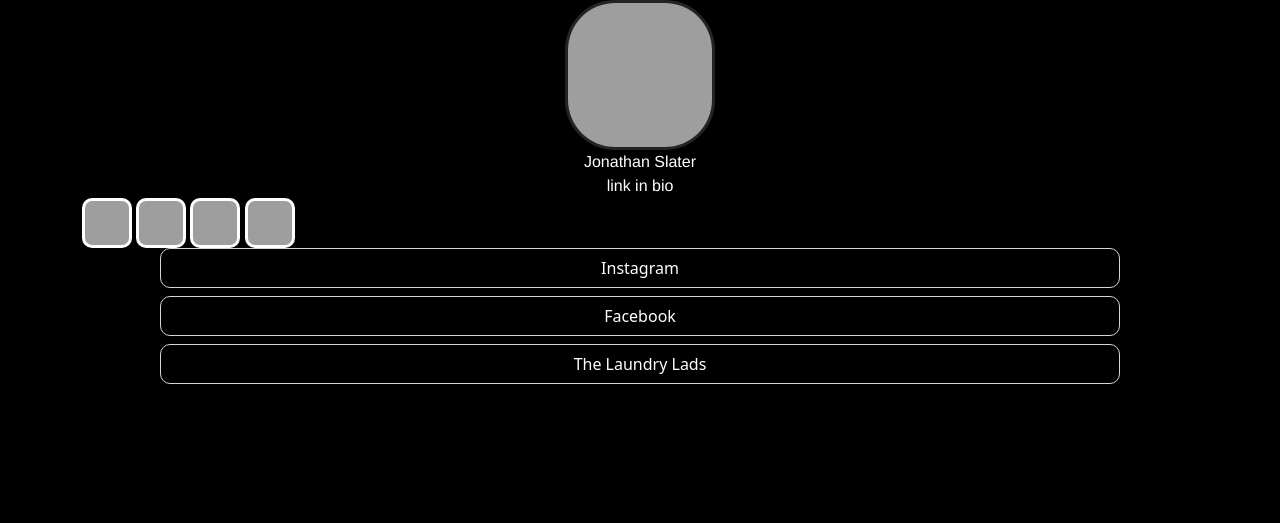
Repository: jontslater/LAB-link-in-bio
Page: index.html
An editor plug-in stored every save of this project. The page is shown before and after the next save, followed by the edit.
The browser window is 1280 px wide. The pictures show the whole page.
Pictures or frames that could not be fetched are drawn as grey boxes.

Above is the page before, as saved 2023-10-15 15:35:28.

### index.html
<!DOCTYPE html>
<html lang="en">
<head>
  <meta charset="UTF-8">
  <meta name="viewport" content="width=device-width, initial-scale=1.0">
  <title>linkinbio</title>
    <link href="https://cdn.jsdelivr.net/npm/bootstrap@5.1.3/dist/css/bootstrap.min.css" rel="stylesheet" integrity="sha384-1BmE4kWBq78iYhFldvKuhfTAU6auU8tT94WrHftjDbrCEXSU1oBoqyl2QvZ6jIW3" crossorigin="anonymous">
   <script src="main.js"></script>
  <link rel="stylesheet" href="main.css">

</head>
<body>

<div class="container">



  <img src="https://images.squarespace-cdn.com/content/v1/5b4d6d0b4cde7aa9fbec4fba/1537653096550-J9E52XLPZITJTOB32UZU/DSC03367.jpg?format=1000w"
  width="150";
  height="150";
  alt="alternatetext" class="photo">

<div class="Jon">Jonathan Slater</div>
<div class="Jon">link in bio</div>

<div></div>
<img src="https://www.freepnglogos.com/elon-musk-twitter-rebrand-x-logo-2.png" alt="alternatetext" class="social side">
<img src="https://upload.wikimedia.org/wikipedia/commons/thumb/8/8b/YouTube_dark_icon_%282017%29.svg/2560px-YouTube_dark_icon_%282017%29.svg.png" alt="alternatetext" class="social side">
<img src="https://image.similarpng.com/very-thumbnail/2020/06/Black-icon-Instagram-logo-transparent-PNG.png" alt="alternatetext" class="social side">
<img src="https://cdn.icon-icons.com/icons2/2428/PNG/512/linkedin_black_logo_icon_147114.png" alt="alternatetext" class="social side">
</div>

<div class="d-grid gap-2">
    <button class="buttons" type="button">Instagram</button>
    <button class="buttons" type="button">Facebook</button>
    <button class="buttons" type="button">The Laundry Lads</button>
  </div>


  <script src="https://cdn.jsdelivr.net/npm/bootstrap@5.1.3/dist/js/bootstrap.bundle.min.js" integrity="sha384-ka7Sk0Gln4gmtz2MlQnikT1wXgYsOg+OMhuP+IlRH9sENBO0LRn5q+8nbTov4+1p" crossorigin="anonymous"></script>
</div>
</body>
</html>

### main.js
console.log("This is a bio");

### main.css
body{
  background-color: black;
}

.buttons{
  background-color:black;
  border-style: solid;
  border-color: rgb(210, 214, 214);
  border-width: thin;
  color:white;
  width: 75%;
  height: 40px;
  border-radius: 10px;
  margin: auto;

}

.Jon{
  color:white;
  text-align: center;
  margin: auto;
  font-style: normal sans-serif;
  font-family: 'Franklin Gothic Medium', 'Arial Narrow', Arial, sans-serif;
}

.photo{
  display: block;
  margin-left: auto;
  margin-right: auto;
  border-style: solid;
  border-radius: 50px
}

.social{
  background-color:white;
  color:white;
  border-radius: 10px;
  border-style: solid;
  height: 50px;
  width: 50px;
  margin: auto;
}

After the next save:
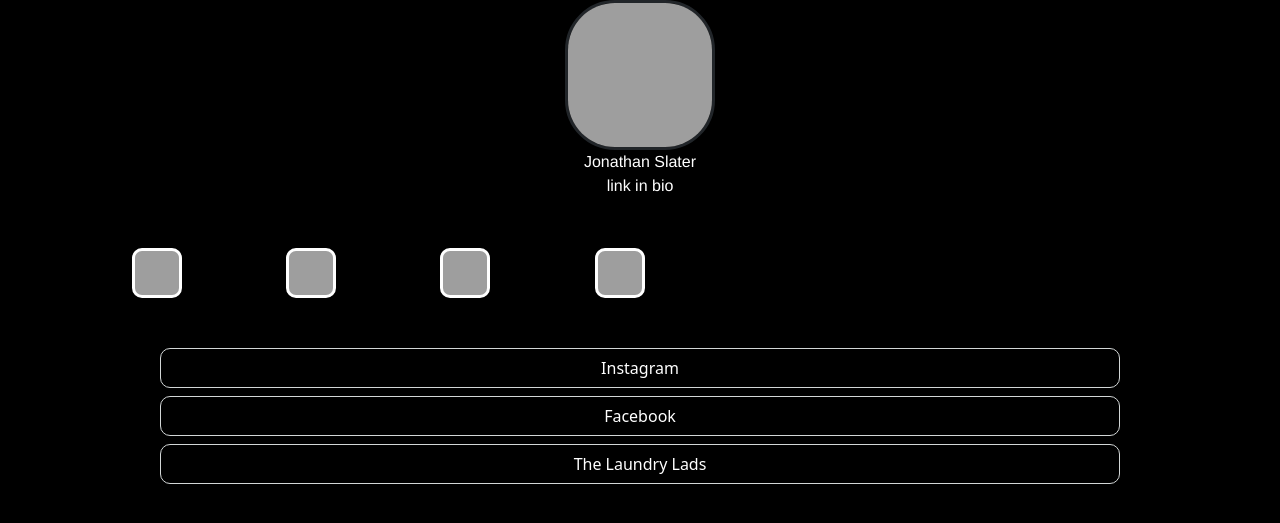
Saved 11 s later.
--- a/main.css
+++ b/main.css
@@ -38,5 +38,5 @@
   border-style: solid;
   height: 50px;
   width: 50px;
-  margin: auto;
+  margin: 50px;
 }

After the save that followed:
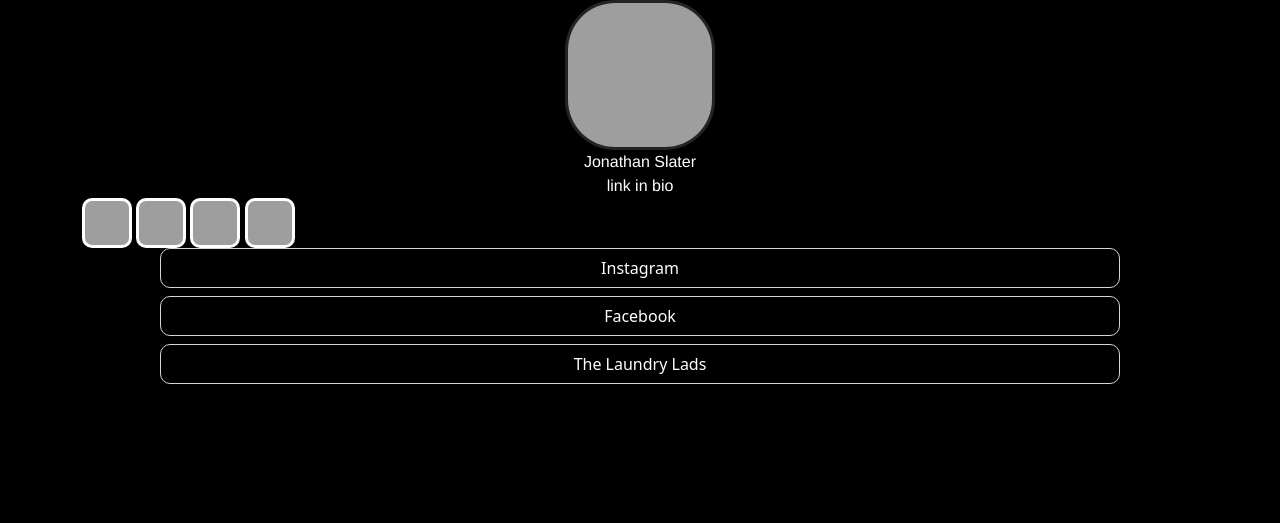
Saved 7 s later.
--- a/main.css
+++ b/main.css
@@ -38,5 +38,4 @@
   border-style: solid;
   height: 50px;
   width: 50px;
-  margin: 50px;
 }
